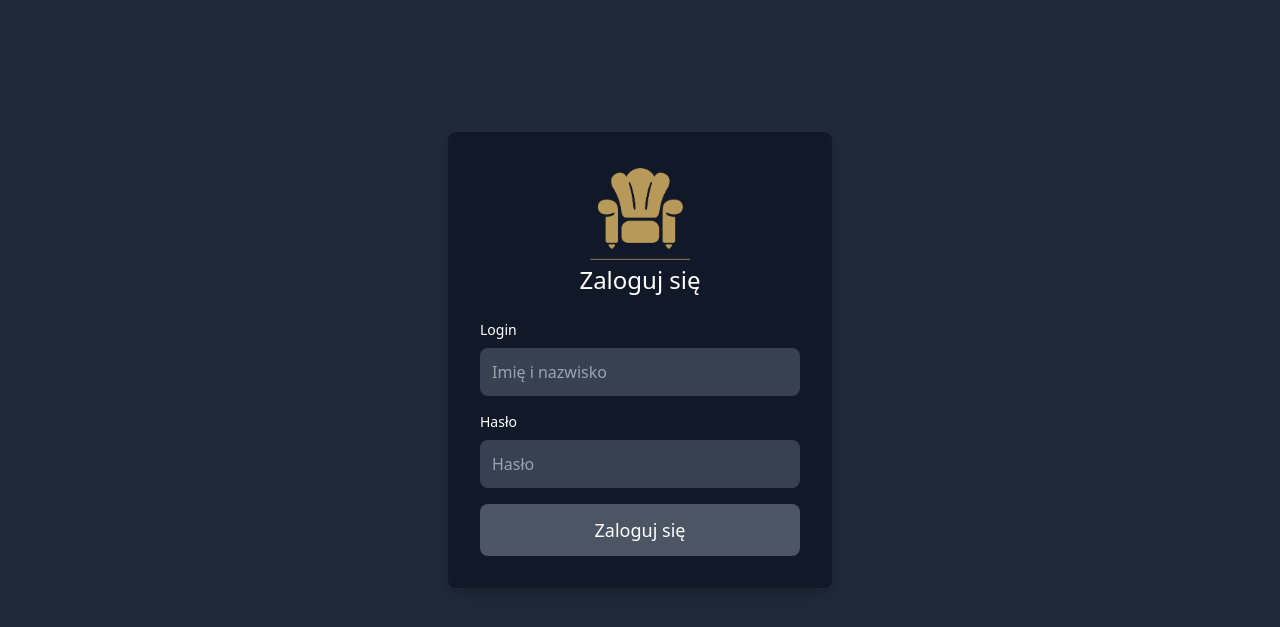
Repository: DaveCala/AplikacjaMeble
Page: http://localhost/login/login_form.php
The author's editor kept a copy of each file at every save. The page is drawn from the files as they stood at one save, then again after the next save.
The browser window is 1280 px wide. The pictures show the whole page.
Some web libraries are served in a nearby version. The page is run by PHP 8.4 with error messages shown; the project is at /var/www/html/.

Above is the page before, as saved 2024-11-29 11:12:59.

### login/login_form.php
<!DOCTYPE html>
<html lang="pl">

<head>
    <meta charset="UTF-8">
    <meta name="viewport" content="width=device-width, initial-scale=1.0">
    <title>Formularz logowania</title>
    <link href="https://cdn.jsdelivr.net/npm/tailwindcss@2.2.19/dist/tailwind.min.css" rel="stylesheet">
</head>

<body class="bg-gray-800 text-white flex justify-center items-center min-h-screen m-0">

    <form action="login.php" method="POST" class="bg-gray-900 p-8 rounded-lg shadow-lg w-full max-w-sm">
        <div class="flex justify-center items-center">
            <img src="../img/logo_beautysofa_24_pionowe.png" style="width: 100px; height: 100px; object-fit: contain;" alt="Logo BeautySofa">
        </div>
        <h2 class="text-2xl text-center mb-6">Zaloguj się</h2>

        <label for="username" class="block text-sm mb-2">Login</label>
        <input type="text" id="username" name="username" placeholder="Imię i nazwisko"
            class="w-full p-3 mb-4 rounded-lg bg-gray-700 text-white placeholder-gray-400 focus:outline-none focus:ring-2 focus:ring-blue-500" required>

        <label for="password" class="block text-sm mb-2">Hasło</label>
        <input type="password" id="password" name="password" placeholder="Hasło"
            class="w-full p-3 mb-4 rounded-lg bg-gray-700 text-white placeholder-gray-400 focus:outline-none focus:ring-2 focus:ring-blue-500" required>

        <?php if (isset($_GET['error'])): ?>
            <p class="text-red-500 text-sm mb-4">Nieprawidłowy login lub hasło!</p>
        <?php endif; ?>

        <button type="submit"
            class="w-full py-3 bg-gray-600 rounded-lg text-white text-lg hover:bg-gray-500 focus:outline-none focus:ring-2 focus:ring-blue-500">
            Zaloguj się
        </button>
    </form>

</body>

</html>

After the next save:
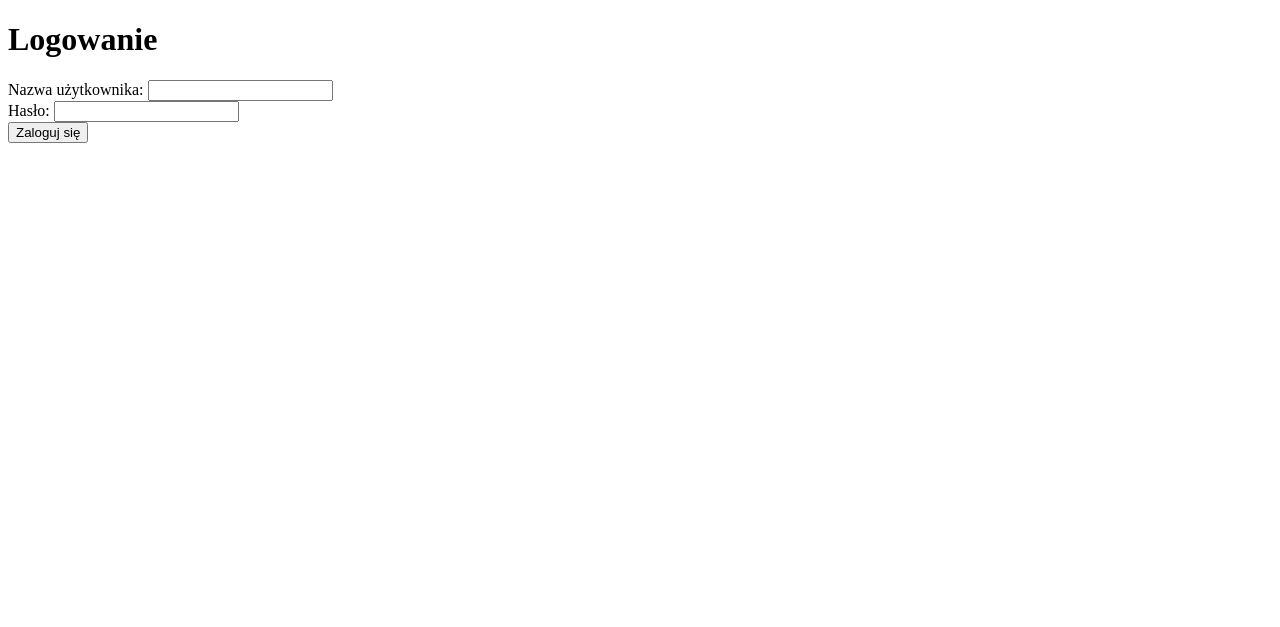
Saved 75 s later.
--- a/login/login_form.php
+++ b/login/login_form.php
@@ -1,39 +1,30 @@
 <!DOCTYPE html>
 <html lang="pl">
-
 <head>
     <meta charset="UTF-8">
     <meta name="viewport" content="width=device-width, initial-scale=1.0">
-    <title>Formularz logowania</title>
-    <link href="https://cdn.jsdelivr.net/npm/tailwindcss@2.2.19/dist/tailwind.min.css" rel="stylesheet">
+    <title>Logowanie</title>
+    <link rel="stylesheet" href="https://cdn.tailwindcss.com">
 </head>
-
-<body class="bg-gray-800 text-white flex justify-center items-center min-h-screen m-0">
-
-    <form action="login.php" method="POST" class="bg-gray-900 p-8 rounded-lg shadow-lg w-full max-w-sm">
-        <div class="flex justify-center items-center">
-            <img src="../img/logo_beautysofa_24_pionowe.png" style="width: 100px; height: 100px; object-fit: contain;" alt="Logo BeautySofa">
-        </div>
-        <h2 class="text-2xl text-center mb-6">Zaloguj się</h2>
-
-        <label for="username" class="block text-sm mb-2">Login</label>
-        <input type="text" id="username" name="username" placeholder="Imię i nazwisko"
-            class="w-full p-3 mb-4 rounded-lg bg-gray-700 text-white placeholder-gray-400 focus:outline-none focus:ring-2 focus:ring-blue-500" required>
-
-        <label for="password" class="block text-sm mb-2">Hasło</label>
-        <input type="password" id="password" name="password" placeholder="Hasło"
-            class="w-full p-3 mb-4 rounded-lg bg-gray-700 text-white placeholder-gray-400 focus:outline-none focus:ring-2 focus:ring-blue-500" required>
-
-        <?php if (isset($_GET['error'])): ?>
-            <p class="text-red-500 text-sm mb-4">Nieprawidłowy login lub hasło!</p>
+<body class="bg-gray-800 flex items-center justify-center min-h-screen">
+    <div class="bg-gray-900 p-6 rounded-lg w-full max-w-md">
+        <h1 class="text-white text-2xl mb-4 text-center">Logowanie</h1>
+        <?php if (!empty($errorMessage)) : ?>
+            <div class="bg-red-600 text-white py-2 px-4 rounded-lg mb-4">
+                <?php echo htmlspecialchars($errorMessage); ?>
+            </div>
         <?php endif; ?>
-
-        <button type="submit"
-            class="w-full py-3 bg-gray-600 rounded-lg text-white text-lg hover:bg-gray-500 focus:outline-none focus:ring-2 focus:ring-blue-500">
-            Zaloguj się
-        </button>
-    </form>
-
+        <form method="POST" action="index.php">
+            <div class="mb-4">
+                <label for="username" class="block text-white">Nazwa użytkownika:</label>
+                <input type="text" name="username" id="username" class="w-full py-2 px-4 rounded-lg bg-gray-700 text-white">
+            </div>
+            <div class="mb-4">
+                <label for="password" class="block text-white">Hasło:</label>
+                <input type="password" name="password" id="password" class="w-full py-2 px-4 rounded-lg bg-gray-700 text-white">
+            </div>
+            <button type="submit" class="w-full bg-blue-500 py-2 px-4 rounded-lg text-white hover:bg-blue-600">Zaloguj się</button>
+        </form>
+    </div>
 </body>
-
 </html>

After the save that followed:
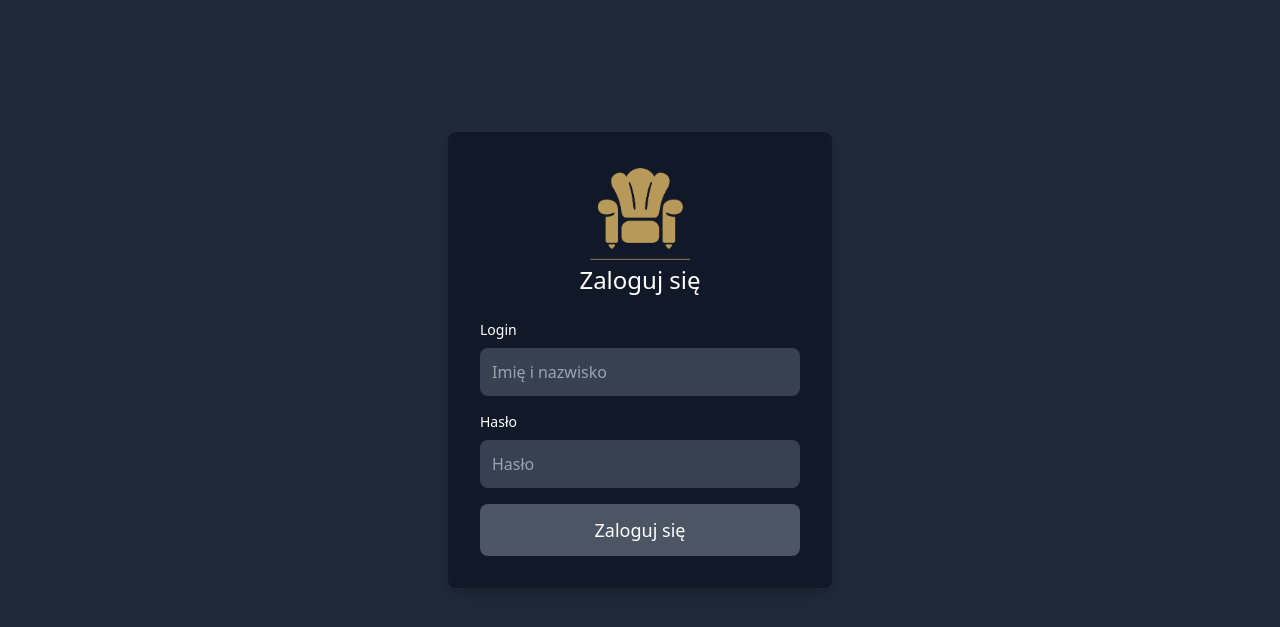
Saved 9 s later.
--- a/login/login_form.php
+++ b/login/login_form.php
@@ -1,30 +1,39 @@
 <!DOCTYPE html>
 <html lang="pl">
+
 <head>
     <meta charset="UTF-8">
     <meta name="viewport" content="width=device-width, initial-scale=1.0">
-    <title>Logowanie</title>
-    <link rel="stylesheet" href="https://cdn.tailwindcss.com">
+    <title>Formularz logowania</title>
+    <link href="https://cdn.jsdelivr.net/npm/tailwindcss@2.2.19/dist/tailwind.min.css" rel="stylesheet">
 </head>
-<body class="bg-gray-800 flex items-center justify-center min-h-screen">
-    <div class="bg-gray-900 p-6 rounded-lg w-full max-w-md">
-        <h1 class="text-white text-2xl mb-4 text-center">Logowanie</h1>
-        <?php if (!empty($errorMessage)) : ?>
-            <div class="bg-red-600 text-white py-2 px-4 rounded-lg mb-4">
-                <?php echo htmlspecialchars($errorMessage); ?>
-            </div>
+
+<body class="bg-gray-800 text-white flex justify-center items-center min-h-screen m-0">
+
+    <form action="login.php" method="POST" class="bg-gray-900 p-8 rounded-lg shadow-lg w-full max-w-sm">
+        <div class="flex justify-center items-center">
+            <img src="../img/logo_beautysofa_24_pionowe.png" style="width: 100px; height: 100px; object-fit: contain;" alt="Logo BeautySofa">
+        </div>
+        <h2 class="text-2xl text-center mb-6">Zaloguj się</h2>
+
+        <label for="username" class="block text-sm mb-2">Login</label>
+        <input type="text" id="username" name="username" placeholder="Imię i nazwisko"
+            class="w-full p-3 mb-4 rounded-lg bg-gray-700 text-white placeholder-gray-400 focus:outline-none focus:ring-2 focus:ring-blue-500" required>
+
+        <label for="password" class="block text-sm mb-2">Hasło</label>
+        <input type="password" id="password" name="password" placeholder="Hasło"
+            class="w-full p-3 mb-4 rounded-lg bg-gray-700 text-white placeholder-gray-400 focus:outline-none focus:ring-2 focus:ring-blue-500" required>
+
+        <?php if (isset($_GET['error'])): ?>
+            <p class="text-red-500 text-sm mb-4">Nieprawidłowy login lub hasło!</p>
         <?php endif; ?>
-        <form method="POST" action="index.php">
-            <div class="mb-4">
-                <label for="username" class="block text-white">Nazwa użytkownika:</label>
-                <input type="text" name="username" id="username" class="w-full py-2 px-4 rounded-lg bg-gray-700 text-white">
-            </div>
-            <div class="mb-4">
-                <label for="password" class="block text-white">Hasło:</label>
-                <input type="password" name="password" id="password" class="w-full py-2 px-4 rounded-lg bg-gray-700 text-white">
-            </div>
-            <button type="submit" class="w-full bg-blue-500 py-2 px-4 rounded-lg text-white hover:bg-blue-600">Zaloguj się</button>
-        </form>
-    </div>
+
+        <button type="submit"
+            class="w-full py-3 bg-gray-600 rounded-lg text-white text-lg hover:bg-gray-500 focus:outline-none focus:ring-2 focus:ring-blue-500">
+            Zaloguj się
+        </button>
+    </form>
+
 </body>
+
 </html>
